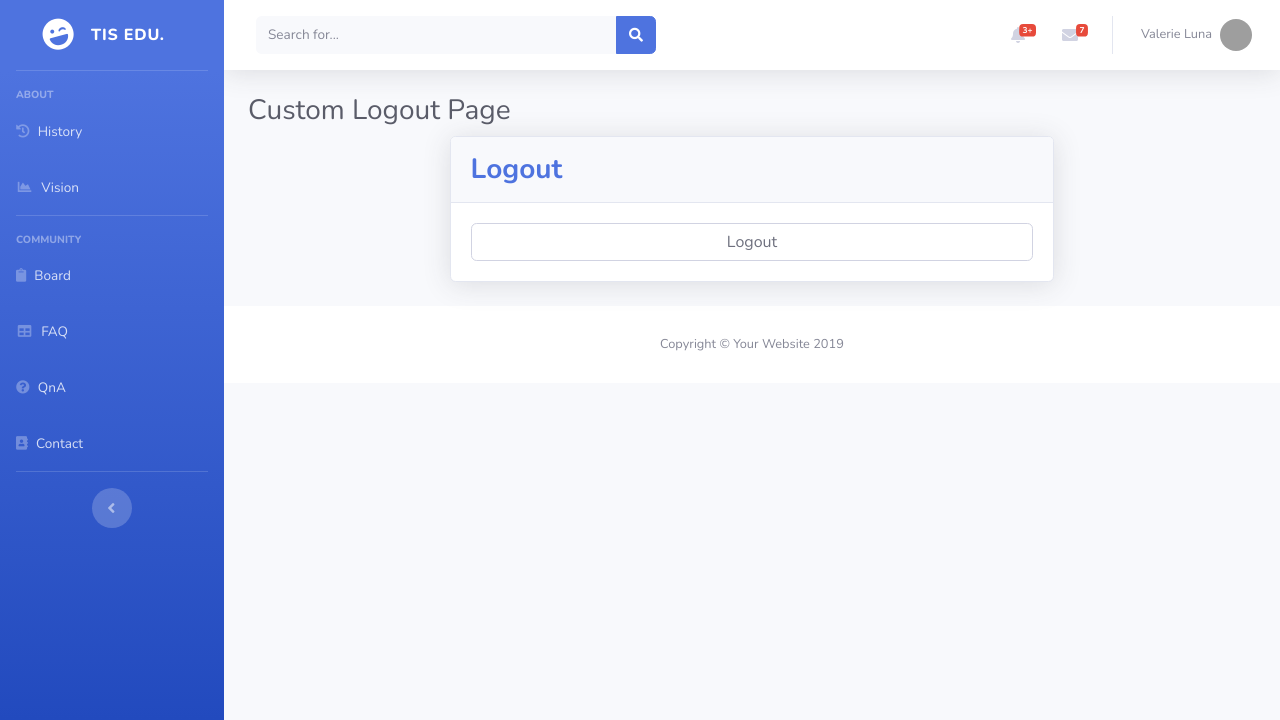
Repository: dkfagh/Spring_WS_2019
Page: http://localhost/ex02/WEB-INF/views/customLogout.jsp
These files come from the project's save history. The page is drawn as it stood at one moment and after the next save; the edit follows.
The browser window is 1280 px wide. The pictures show the whole page.
Pictures or frames that could not be fetched are drawn as grey boxes. The page is served by Tomcat 9. Nobody is signed in. The template is opened directly, without the code that normally fills it, so the values that code supplies are empty.

Above is the page before, as saved 2020-01-15 02:37:19.

After the next save:
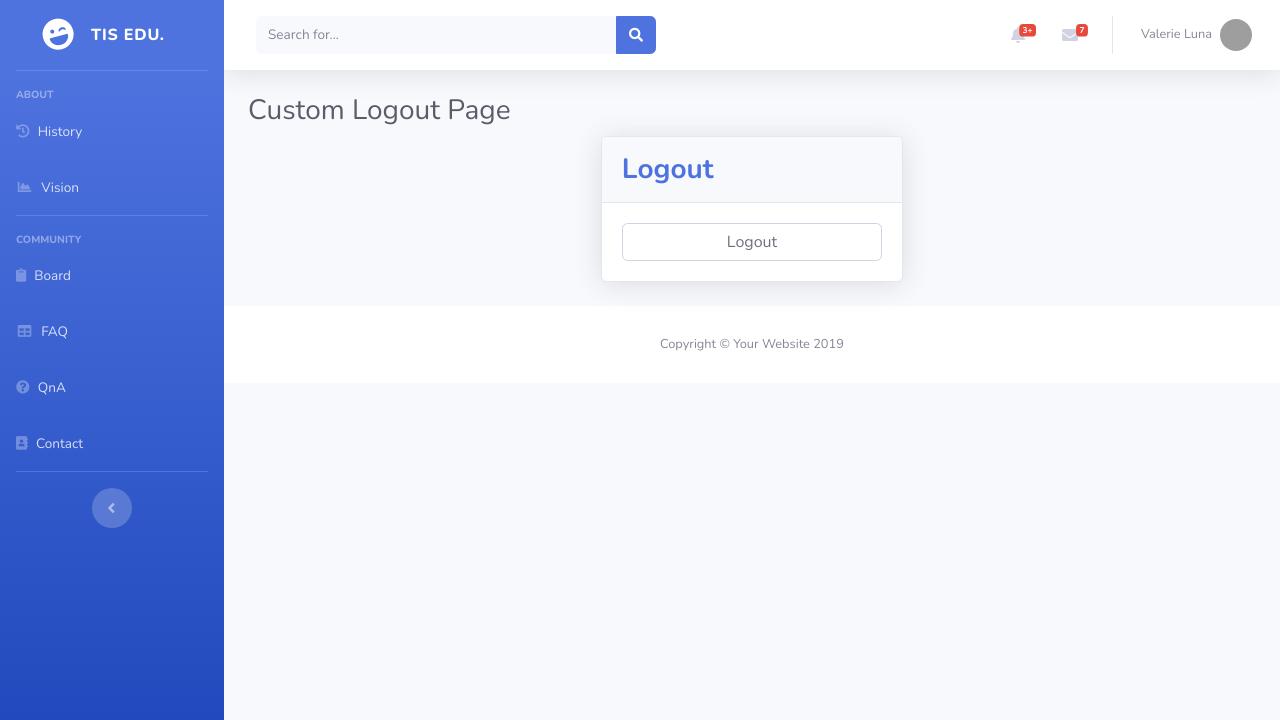
Saved 27 s later.
--- a/ex02/src/main/webapp/WEB-INF/views/customLogout.jsp
+++ b/ex02/src/main/webapp/WEB-INF/views/customLogout.jsp
@@ -10,7 +10,7 @@
 		<h1 class="h3 mb-2 text-gray-800">Custom Logout Page</h1>
 
 
-		<div class="card shadow mb-4" style="width:60%; margin:auto;">
+		<div class="card shadow mb-4" style="width:30%; margin:auto;">
 
 			<div class="card-header py-3">
               <h6 class="m-0 font-weight-bold text-primary h3">Logout</h6>
